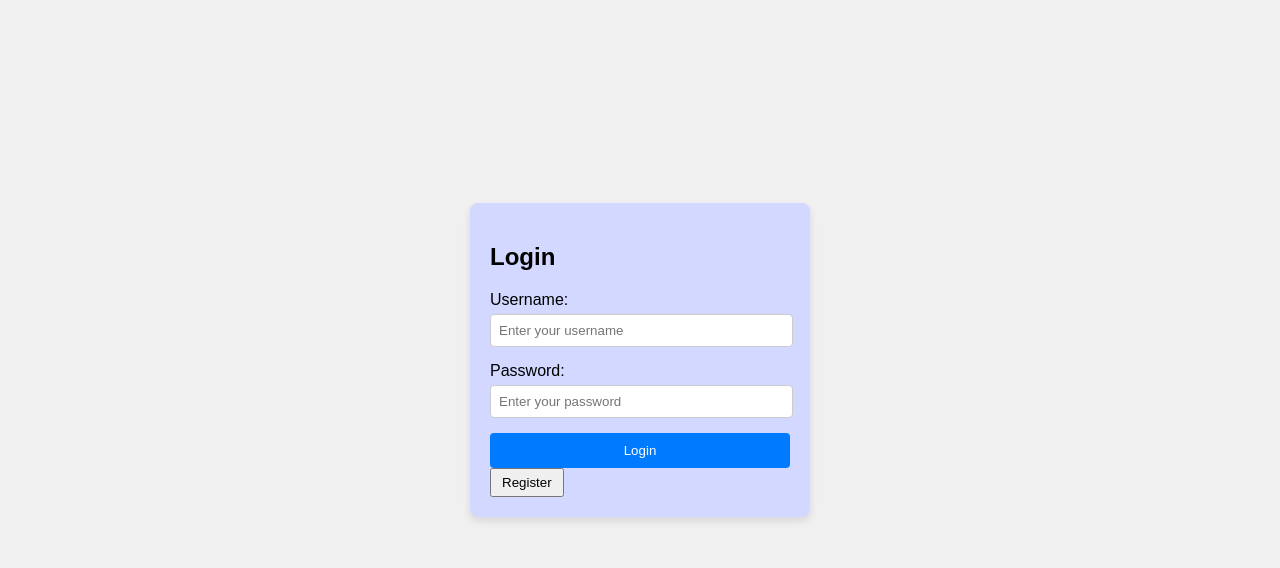
Repository: BAANANAAAA/DatabaseProject
Page: /login
An editor plug-in stored every save of this project. The page is shown before and after the next save, followed by the edit.
The browser window is 1280 px wide. The pictures show the whole page.
The project was rebuilt for these pictures with package versions that can differ from the ones it lists, and the page was loaded fresh each time. Also part of the build but not shown: src/components/MainFrame.css, src/components/MainFrame.jsx, src/components/UserProfile.jsx, src/components/ViewMessage.css, src/components/ViewMessage.jsx, src/components/SearchPage.jsx, src/components/Search.css, src/components/Search.jsx and 2 more.

Above is the page before, as saved 2024-05-13 10:23:15.

### src/App.js
import React, { useState } from 'react'
import './App.css'
import { BrowserRouter as Router, Routes, Route, Navigate, Link } from 'react-router-dom'
import MainFrame from './components/MainFrame'
import UserProfile from './components/UserProfile'
import ViewMessage from './components/ViewMessage'
import SearchPage from './components/SearchPage'
import Search from './components/Search'
import Login from './components/Login'
import Apply from './components/Apply'
import AddFriend from './components/AddFriend'

import avatar from './figs/avatar.PNG'

function App () {
  const [isLoggedIn, setIsLoggedIn] = useState(false)

  const loginHandler = (username, password) => {
    console.log(`Logged in with username: ${username} and password: ${password}`)
    setIsLoggedIn(true)
  }

  const onRelationshipSubmit = async ({ name, relationship }) => {
    // TODO: do the real func
    try {
      const response = await fetch('/api/add-connection', {
        method: 'POST',
        headers: {
          'Content-Type': 'application/json',
        },
        body: JSON.stringify({
          name: name,
          relationship: relationship
        })
      })
      const data = await response.json()
      if (response.ok) {
        console.log('Connection added:', data)
        alert('Connection successfully added!')
      } else {
        throw new Error(data.message || "Failed to add connection")
      }
    } catch (error) {
      console.error('Error adding connection:', error)
      alert('Error adding connection: ' + error.message)
    }
  }

  const onBlockJoinSubmit = async (blockName) => {
    // TODO: do the real func
    try {
      const response = await fetch('/api/join-block', {
        method: 'POST',
        headers: {
          'Content-Type': 'application/json',
        },
        body: JSON.stringify({ blockName })
      })
      const data = await response.json()
      if (response.ok) {
        console.log('Join block request submitted:', data)
        alert('Join block request successfully submitted!')
      } else {
        throw new Error(data.message || "Failed to submit join block request")
      }
    } catch (error) {
      console.error('Error submitting join block request:', error)
      alert('Error submitting join block request: ' + error.message)
    }
  }

  return (
    <Router>
      <div className="App">
        {isLoggedIn ? (
          <>
            <header className="app-header">
              <nav>
                <Link to="/">Home</Link> |
                <Link to="/user-profile">User Profile</Link> |
                <Link to="/add-friend">Add Friend</Link> |
                <Link to="/apply">Apply</Link> |
                <Link to="/incoming-application">Incoming Application</Link>
              </nav>
              <Search />
              <div className="user-info">
                <Link to="/user-profile" style={{ display: 'flex', alignItems: 'center', textDecoration: 'none', color: 'inherit' }}>
                  <img src={avatar} alt="user avatar" className="user-avatar" />
                  <span className="username">JaneDoe</span>
                </Link>
              </div>
            </header>
            <Routes>
              <Route path="/" element={<MainFrame />} />
              <Route path="/user-profile" element={<UserProfile />} />
              <Route path="/add-friend" element={<AddFriend onRelationshipSubmit={onRelationshipSubmit} />} />
              <Route path="/apply" element={<Apply onBlockJoinSubmit={onBlockJoinSubmit} />} />
              <Route path="/incoming-application" element={<ViewMessage />} />
              <Route path="/search" element={<SearchPage />} />
              <Route path="*" element={<Navigate to="/" />} />
            </Routes>
          </>
        ) : (
          <Routes>
            <Route path="/login" element={<Login onLogin={loginHandler} />} />
            <Route path="*" element={<Navigate to="/login" />} />
          </Routes>
        )}
      </div>
    </Router>
  )
}

export default App

### src/App.css
body,
html {
  margin: 0;
  padding: 0;
  font-family: Arial, sans-serif;
}

header {
  display: flex;
  align-items: center;
  justify-content: space-between;
  padding: 5px;
  background-color: #f3f3f3;
}

input[type='search'] {
  padding: 5px;
}

button {
  padding: 5px 10px;
}

.sidebar {
  position: absolute;
  left: 0;
  width: 100px;
  background-color: #eee;
  height: 100vh;
  padding: 10px;
}

.content {
  margin-left: 100px;
  padding: 10px;
}

.post {
  border: 1px solid #ccc;
  margin-bottom: 10px;
  padding: 5px;
}

.post-info {
  display: flex;
  align-items: center;
}

.post-info input[type='radio'] {
  margin-right: 10px;
}

.post-message {
  margin-top: 5px;
}

.app-header {
  display: flex;
  justify-content: space-between;
  align-items: center;
  padding: 5px;
  background-color: #f3f3f3;
}

nav a {
  margin-right: 5px;
}

.user-info {
  display: flex;
  align-items: center;
}

.user-avatar {
  width: 40px;
  height: 40px;
  border-radius: 50%;
  margin-right: 10px;
}

.username {
  font-weight: bold;
}

### src/components/Login.jsx
import React, { useState } from 'react'
import './Login.css'

function Login({ onLogin, onRegister }) {
  const [username, setUsername] = useState('')
  const [password, setPassword] = useState('')
  const [registerMode, setRegisterMode] = useState(false)
  const [name, setName] = useState('')
  const [avatar, setAvatar] = useState('')
  const [intro, setIntro] = useState('')

  const handleLoginSubmit = (event) => {
    event.preventDefault()
    onLogin(username, password)
  }

  const handleRegisterSubmit = (event) => {
    event.preventDefault()
    onRegister({ name, avatar, username, password, intro })
  }

  const toggleRegister = () => {
    setRegisterMode(!registerMode)
  }

  return (
    <div className="login-container">
      <div className="login-card">
        <h2>Login</h2>
        <form onSubmit={handleLoginSubmit}>
          <div className="form-group">
            <label htmlFor="username">Username:</label>
            <input
              id="username"
              type="text"
              value={username}
              onChange={(e) => setUsername(e.target.value)}
              placeholder="Enter your username"
            />
          </div>
          <div className="form-group">
            <label htmlFor="password">Password:</label>
            <input
              id="password"
              type="password"
              value={password}
              onChange={(e) => setPassword(e.target.value)}
              placeholder="Enter your password"
            />
          </div>
          <button type="submit" className="login-button">
            Login
          </button>
        </form>
        <button onClick={toggleRegister} className="register-toggle">
          {registerMode ? 'Cancel' : 'Register'}
        </button>
        {registerMode && (
          <form onSubmit={handleRegisterSubmit} className="register-form">
            <div className="form-group">
              <label htmlFor="name">Name:</label>
              <input
                id="name"
                type="text"
                value={name}
                onChange={(e) => setName(e.target.value)}
                placeholder="Enter your full name"
              />
            </div>
            <div className="form-group">
              <label htmlFor="avatar">Avatar URL:</label>
              <input
                id="avatar"
                type="text"
                value={avatar}
                onChange={(e) => setAvatar(e.target.value)}
                placeholder="Enter URL of your avatar"
              />
            </div>
            <div className="form-group">
              <label htmlFor="intro">Personal Intro:</label>
              <textarea
                id="intro"
                value={intro}
                onChange={(e) => setIntro(e.target.value)}
                placeholder="Describe yourself"
              />
            </div>
            <button type="submit" className="register-button">
              Register
            </button>
          </form>
        )}
      </div>
    </div>
  )
}

export default Login

### src/components/UserProfile.css
.user-profile-container {
  width: 300px;
  margin: auto;
  padding: 20px;
  background: white;
  border-radius: 8px;
  box-shadow: 0 4px 8px rgba(0, 0, 0, 0.1);
}

.form-group {
  margin-bottom: 15px;
}

.form-group label {
  display: block;
  margin-bottom: 5px;
}

.form-group input,
.form-group textarea {
  width: 100%;
  padding: 8px;
  border: 1px solid #ccc;
  border-radius: 4px;
}

.submit-button {
  width: 100%;
  padding: 10px;
  background-color: #007bff;
  color: white;
  border: none;
  border-radius: 4px;
  cursor: pointer;
}

### src/components/Login.css
.login-container {
  display: flex;
  justify-content: center;
  align-items: center;
  height: 100vh;
  background-color: #f0f0f0;
}

.login-card {
  padding: 20px;
  background: rgb(210, 216, 255);
  border-radius: 8px;
  box-shadow: 0 4px 8px rgba(0, 0, 0, 0.1);
  width: 300px;
}

.form-group {
  margin-bottom: 15px;
  margin-right: 15px;
}

.form-group label {
  display: block;
  margin-bottom: 5px;
}

.form-group input {
  width: 100%;
  padding: 8px;
  border: 1px solid #ccc;
  border-radius: 4px;
}

.login-button {
  width: 100%;
  padding: 10px;
  background-color: #007bff;
  color: white;
  border: none;
  border-radius: 4px;
  cursor: pointer;
}

### src/components/Apply.css
.application-container {
  display: flex;
  flex-direction: column;
  align-items: center;
  justify-content: space-around;
  min-height: 100vh;
  background-color: #f0f0f0;
}

.add-friend-container,
.join-block-container {
  width: 300px;
  margin-bottom: 500px;
  padding: 20px;
  background: white;
  border-radius: 8px;
  box-shadow: 0 4px 8px rgba(0, 0, 0, 0.1);
}

.form-group {
  margin-bottom: 15px;
}

.form-group label {
  display: block;
  margin-bottom: 5px;
}

.form-group input,
.form-group select {
  width: 100%;
  padding: 8px;
  border: 1px solid #ccc;
  border-radius: 4px;
}

.submit-button,
.join-block-button {
  width: 100%;
  padding: 10px;
  background-color: #007bff;
  color: white;
  border: none;
  border-radius: 4px;
  cursor: pointer;
}

.join-block-button {
  background-color: #28a745;
}

Loaded but not shown: public/index.html (common file); src/index.js (common file); src/index.css (common file); src/reportWebVitals.js (common file)

After the next save:
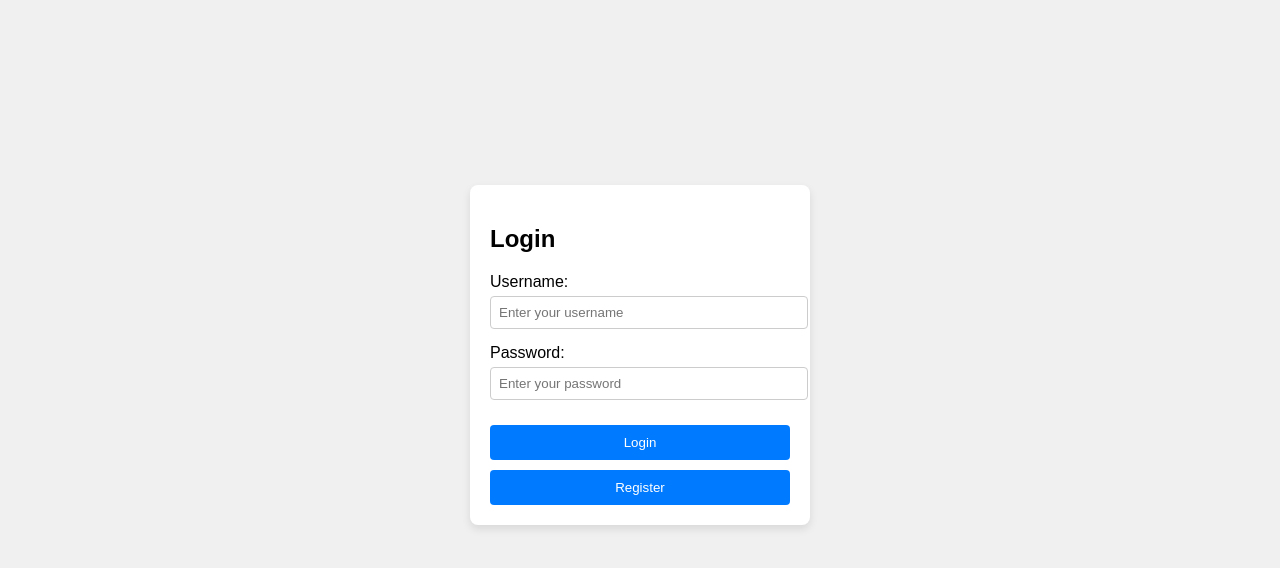
Saved 61 s later.
--- a/src/components/Login.css
+++ b/src/components/Login.css
@@ -14,26 +14,33 @@
   width: 300px;
 }
 
-.form-group {
-  margin-bottom: 15px;
-  margin-right: 15px;
+.login-card,
+.register-form {
+  padding: 20px;
+  background: white;
+  border-radius: 8px;
+  box-shadow: 0 4px 8px rgba(0, 0, 0, 0.1);
+  margin-bottom: 10px;
 }
 
-.form-group label {
-  display: block;
-  margin-bottom: 5px;
+.form-group {
+  margin-bottom: 10px;
 }
 
-.form-group input {
+.form-group input,
+.form-group textarea {
   width: 100%;
   padding: 8px;
   border: 1px solid #ccc;
   border-radius: 4px;
 }
 
-.login-button {
+.register-toggle,
+.login-button,
+.register-button {
   width: 100%;
   padding: 10px;
+  margin-top: 10px;
   background-color: #007bff;
   color: white;
   border: none;
